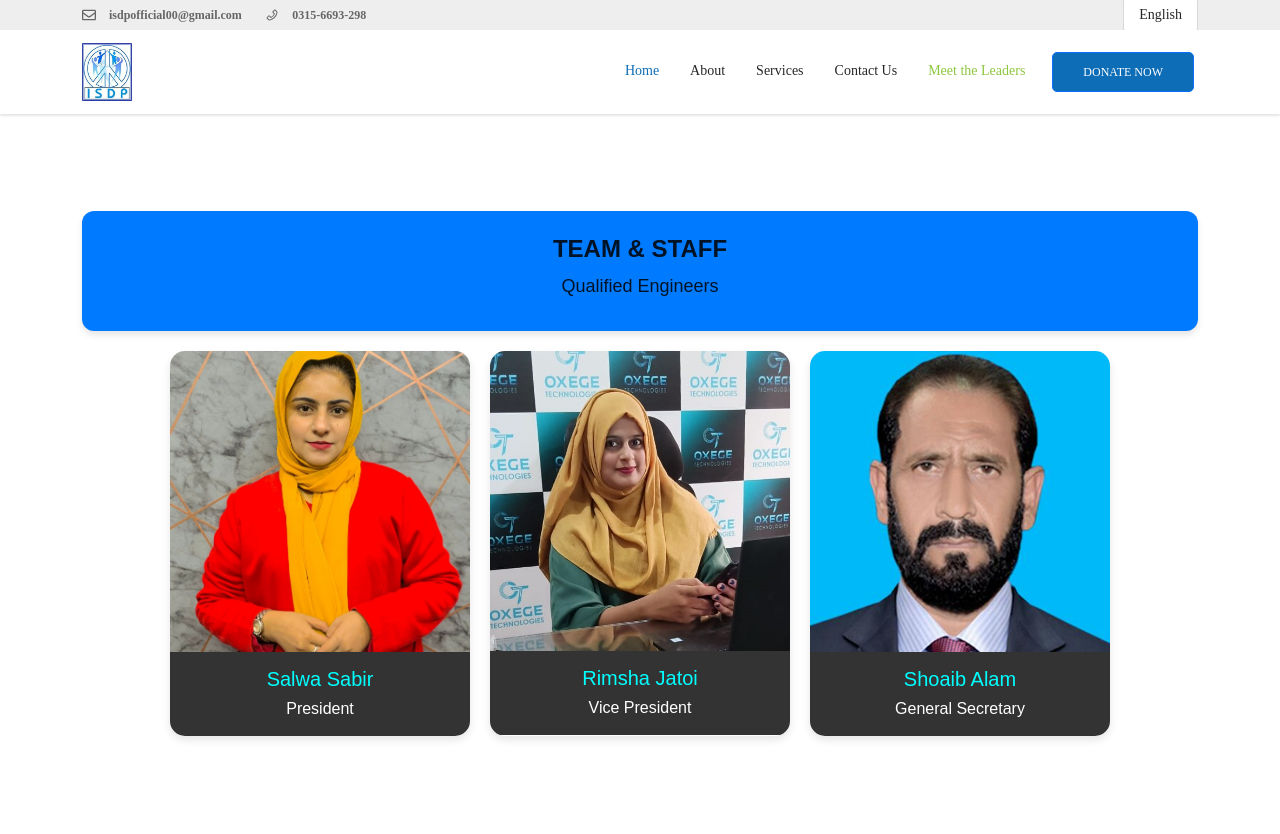
Repository: mfaizanakram8/isdp
Page: team.html
The author's editor kept a copy of each file at every save. The page is drawn from the files as they stood at one save, then again after the next save.
The browser window is 1280 px wide. The pictures show the part of the page from y = 0 to 834 px (the page is 1410 px tall).
Pictures or frames that could not be fetched are drawn as grey boxes. Some web fonts or font styles are not loaded; a fallback is used.

Above is the page before, as saved 2025-02-23 00:28:59.

After the next save:
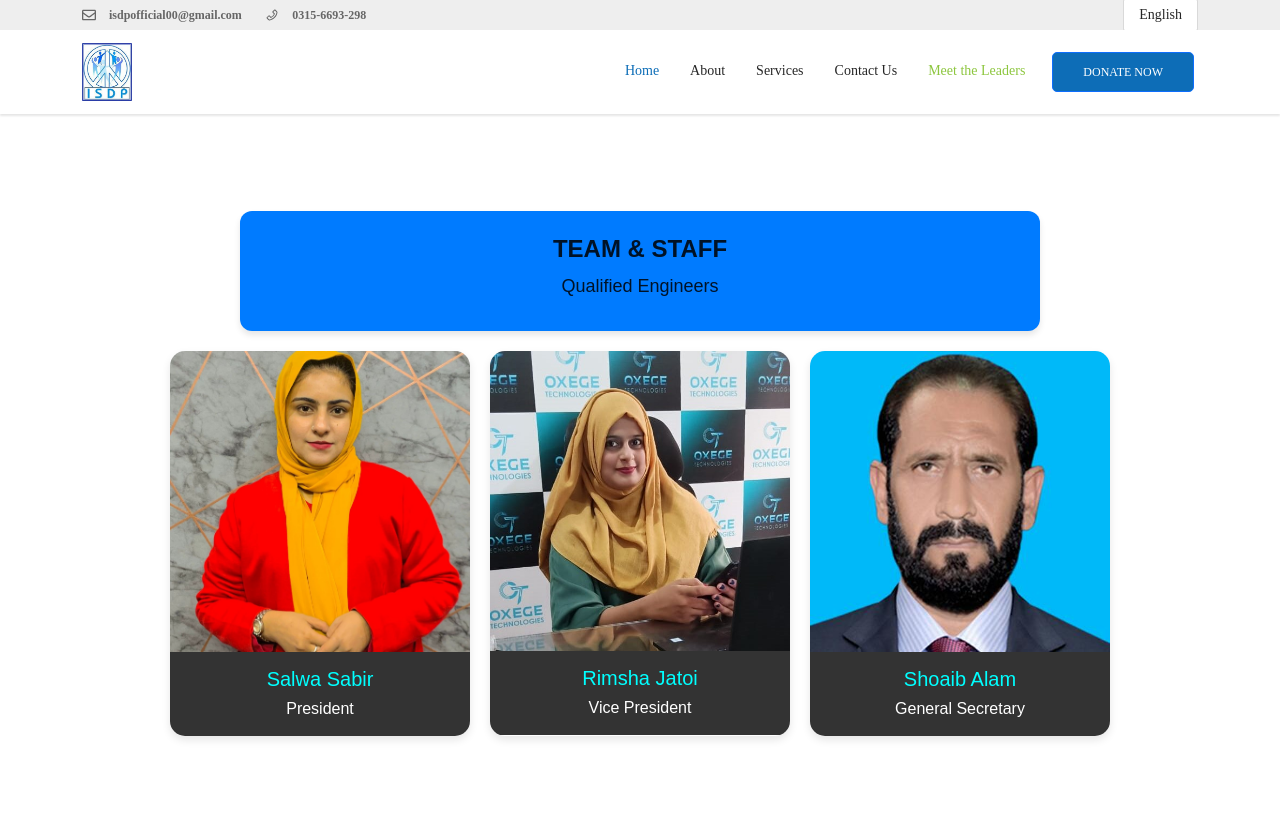
Saved 65 s later.
--- a/team.html
+++ b/team.html
@@ -489,10 +489,11 @@
 
     <div class="container">
 
-      <div style="background-color: #007bff; color: white; border-radius: 12px; padding: 24px; box-shadow: 0px 4px 6px rgba(0, 0, 0, 0.1); text-align: center;">
-        <h1 style="font-size: 24px; font-weight: bold;">TEAM & STAFF</h1>
-        <h2 style="font-size: 18px;">Qualified Engineers</h2>
+      <div style="background-color: #007bff; color: white; border-radius: 12px; padding: 24px; box-shadow: 0px 4px 6px rgba(0, 0, 0, 0.1); text-align: center; width: 100%; max-width: 800px; margin: 0 auto;">
+        <h1 style="font-size: 1.5rem; font-weight: bold;">TEAM & STAFF</h1>
+        <h2 style="font-size: 1.125rem;">Qualified Engineers</h2>
     </div>
+
         <div class="team-members">
             <div class="member">
                 <img src="t3.jpeg" alt="Lionel Wurtch Bach">
